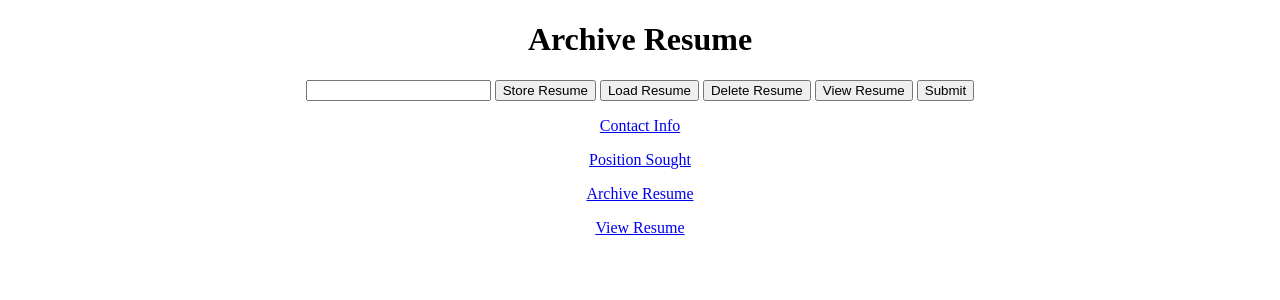
Repository: HyveMynd/cs4540
Page: http://localhost/archive.php
An editor plug-in stored every save of this project. The page is shown before and after the next save, followed by the edit.
The browser window is 1280 px wide. The pictures show the whole page.
Some web libraries are served in a nearby version. The page is run by PHP 8.4 with error messages shown; the project is at /var/www/html/.

Above is the page before, as saved 2013-02-18 04:45:42.

### ps5/archive.php
<?php
require 'functions.php';
?>
<!DOCTYPE html PUBLIC "-//W3C//DTD HTML 4.01 Transitional//EN" "http://www.w3.org/TR/html4/loose.dtd">
<html>
<head>
<meta http-equiv="Content-Type" content="text/html; charset=UTF-8">
<link rel="stylesheet" href="style.css" type="text/css" />
<script src="//ajax.googleapis.com/ajax/libs/jquery/1.8.2/jquery.min.js" type="text/javascript"></script>
<script src=resume.js type="text/javascript"></script>
<title>Employment History</title>
</head>
<body class='archive'>
	<form action="archive.php" method="post">
	<h1>Archive Resume</h1>
	<input type="text" value="<?php sticky('resumeName')?>" />
	<input type="button" value="Store Resume" onclick="addField()"/>
	<input type="button" value="Load Resume" onclick="addField()"/>
	<input type="button" value="Delete Resume" onclick="addField()"/>
	<input type="button" value="View Resume" onclick="addField()"/>
	<input type="button" value=Submit onclick="validate()"  />
	</form>
	<p><a href="contactInfo.php" >Contact Info</a></p>
	<p><a href="positionSought.php" >Position Sought</a></p>
	<p><a href="archive.php" >Archive Resume</a></p>
	<p><a href="resume.php" >View Resume</a></p>
</body>

### ps5/functions.php
<?php

//output session variables if they are set
function sticky ($name){
	if (isset($_REQUEST[$name])){
		$_SESSION[$name] = $_REQUEST[$name];
		echo $_REQUEST[$name];
	}
	elseif (isset($_SESSION[$name])){
		echo $_SESSION[$name];
	}
}

?>

### ps5/style.css
@CHARSET "UTF-8";

body{
	background-color:#FFFFFF;
	font:arial, sans-serif;
	text-align:center;
	margin-left:auto;
	margin-right: auto;
}
div{
	background-color:#99CCFF;
	width:400px;
	margin-left:auto;
	margin-right: auto;
	height:80px
}
table{
	background-color:#99CCFF;
	font-size:15px;
	font-style:normal;
	margin-left:auto;
	margin-right:auto;
}

### ps5/resume.js
function addField(){
	$('h1').append("<section><table><tr><td>Enter the Start Date:</td><td><input name='startDate[]' type=text value='' required /></td><td><input class='remove' type='button' value='remove' /></td></tr><tr><td>Enter the End Date:</td><td><input name='endDate[]' type=text value='' required /></td></tr></table><table><tr><th>Enter a brief description of your responsibilities:</th></tr><tr><td><textarea name='desc[]' rows=10 cols=50 required></textarea></td></tr></table></section>");
	attachRemove();
};

function initializeFields(n){
	$('h1').append("<section><table><tr><td>Enter the Start Date:</td><td><input name='startDate[]' type=text value='"+startArray[n]+"' required /></td><td><input class='remove' type='button' value='remove' /></td></tr><tr><td>Enter the End Date:</td><td><input name='endDate[]' type=text value='"+endArray[n]+"' required /></td></tr></table><table><tr><th>Enter a brief description of your responsibilities:</th></tr><tr><td><textarea name='desc[]' rows=10 cols=50 required>"+descArray[n]+"</textarea></td></tr></table></section>");
};

function populateFields(count){
	for (var i = 0; i < count; i++)
		initializeFields(i);
}

function addReadonly(n){
	for (var i = 0; i < n; i++)
		$('#employ').append("<table><tr><td>Enter the Start Date:</td><td><input name='startDate[]' type=text value='"+startArray[i]+"' readonly /></td></tr><tr><td>Enter the End Date:</td><td><input name='endDate[]' type=text value='"+endArray[i]+"' readonly /></td></tr></table><table><tr><th>Enter a brief description of your responsibilities:</th></tr><tr><td><textarea name='desc[]' rows=10 cols=50 readonly>"+descArray[i]+"</textarea></td></tr></table>");
}

function highlightInput(input){
	$(input).css('border', '3px #FF0000 solid');
}

function attachRemove(){
	$('.remove').click(function (){
		removeSection($(this));
	});
}

function removeSection(button){
	$(button).closest($('section')).remove();
}

function validate(){
	var invalid = false;

	//loop through inputs
	$('input').each(function (){
		if ($(this).val() == ''){
			highlightInput($(this));
			invalid = true;
		}
	});

	//loop through textareas
	$('textarea').each(function (){
		if ($(this).val() == ''){
			highlightInput($(this));
			invalid = true;
		}
	});
	if(!invalid)
		$('form').submit();
}

After the next save:
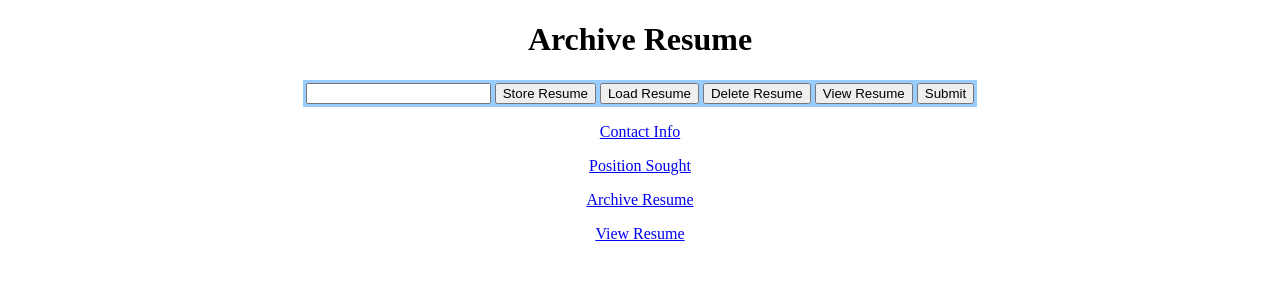
Saved 84 s later.
--- a/ps5/archive.php
+++ b/ps5/archive.php
@@ -13,12 +13,16 @@ require 'functions.php';
 <body class='archive'>
 	<form action="archive.php" method="post">
 	<h1>Archive Resume</h1>
-	<input type="text" value="<?php sticky('resumeName')?>" />
-	<input type="button" value="Store Resume" onclick="addField()"/>
-	<input type="button" value="Load Resume" onclick="addField()"/>
-	<input type="button" value="Delete Resume" onclick="addField()"/>
-	<input type="button" value="View Resume" onclick="addField()"/>
-	<input type="button" value=Submit onclick="validate()"  />
+	<table>
+		<tr>
+			<td><input type="text" value="<?php sticky('resumeName')?>" /></td>
+			<td><input type="button" value="Store Resume" onclick="addField()"/></td>
+			<td><input type="button" value="Load Resume" onclick="addField()"/></td>
+			<td><input type="button" value="Delete Resume" onclick="addField()"/></td>
+			<td><input type="button" value="View Resume" onclick="addField()"/></td>
+			<td><input type="button" value=Submit onclick="validate()"  /></td>
+		</tr>
+	</table>
 	</form>
 	<p><a href="contactInfo.php" >Contact Info</a></p>
 	<p><a href="positionSought.php" >Position Sought</a></p>
